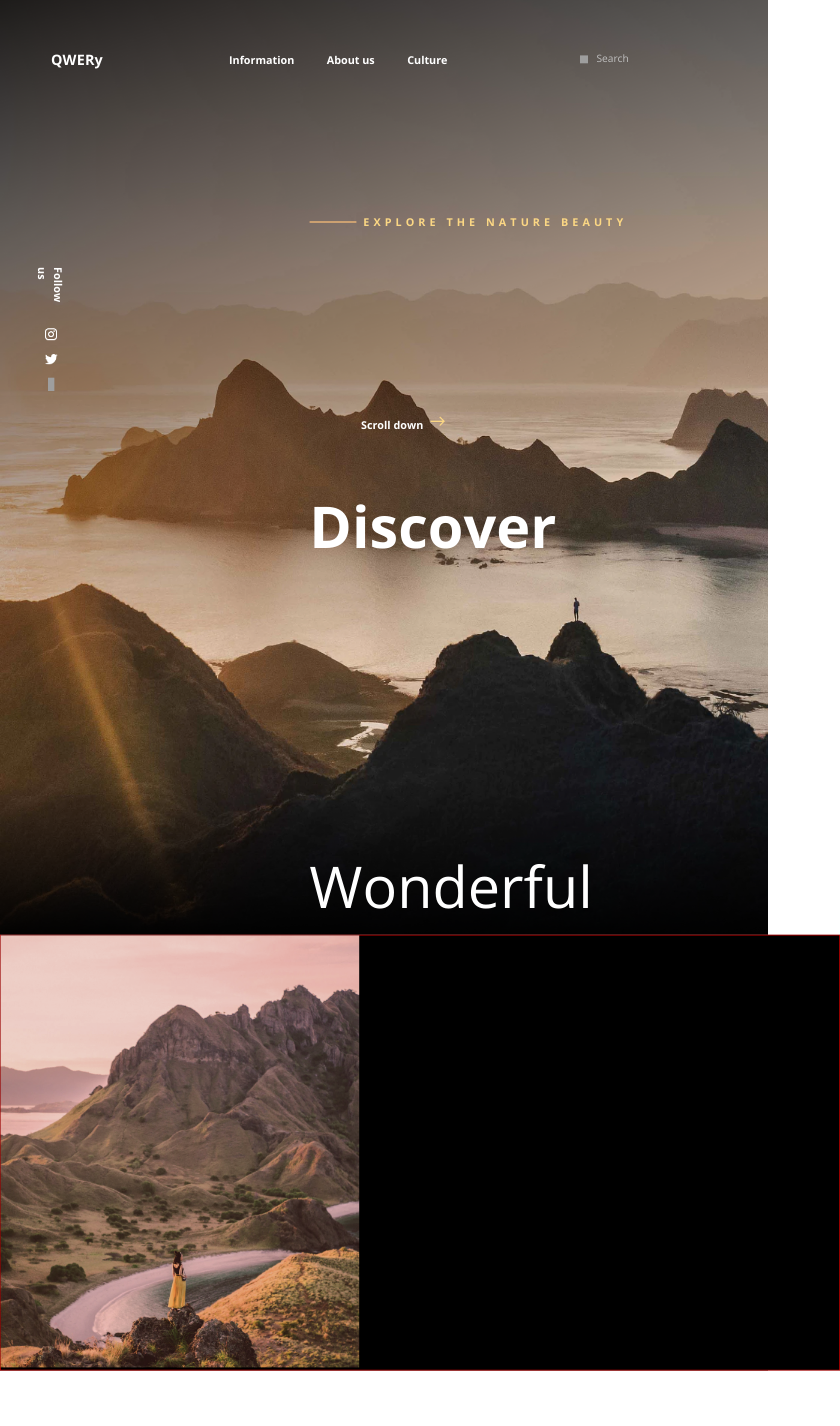
Repository: AndreyMykulych/user_home_work_Mykulych
Page: 6/index.html
An editor plug-in stored every save of this project. The page is shown before and after the next save, followed by the edit.
The browser window is 1280 px wide. The page is 1400 px wide, so the pictures cover 1400 px, including what lies to the right of the window. The pictures show the whole page, at 60% of full size.
Pictures or frames that could not be fetched are drawn as grey boxes.

Above is the page before, as saved 2023-03-11 12:43:46.

### 6/index.html
<!DOCTYPE html>
<html lang="en">
<head>
    <meta charset="UTF-8">
    <meta http-equiv="X-UA-Compatible" content="IE=edge">
    <meta name="viewport" content="width=device-width, initial-scale=1.0">
    <title>Document</title>
    <link rel="stylesheet" href="style/normalize.css">
    <link rel="stylesheet" href="style/style.css">
    <link rel="preconnect" href="https://fonts.googleapis.com">
<link rel="preconnect" href="https://fonts.gstatic.com" crossorigin>
<link href="https://fonts.googleapis.com/css2?family=Cinzel&family=Roboto:wght@300;400&family=Zilla+Slab:wght@300&display=swap" rel="stylesheet">
<link rel="preconnect" href="https://fonts.googleapis.com">
<link rel="preconnect" href="https://fonts.gstatic.com" crossorigin>
<link href="https://fonts.googleapis.com/css2?family=Cinzel&family=Open+Sans:wght@700&family=Roboto:wght@300;400&family=Zilla+Slab:wght@300&display=swap" rel="stylesheet">
<link rel="preconnect" href="https://fonts.googleapis.com">
<link rel="preconnect" href="https://fonts.gstatic.com" crossorigin>
<link href="https://fonts.googleapis.com/css2?family=Cinzel&family=Open+Sans:ital,wght@0,700;1,600&family=Roboto:wght@300;400&family=Zilla+Slab:wght@300&display=swap" rel="stylesheet">
<link rel="preconnect" href="https://fonts.googleapis.com">
<link rel="preconnect" href="https://fonts.gstatic.com" crossorigin>
<link href="https://fonts.googleapis.com/css2?family=Cinzel&family=Open+Sans:ital,wght@0,300;0,700;1,600&family=Roboto:wght@300;400&family=Zilla+Slab:wght@300&display=swap" rel="stylesheet">
</head>
<body>

           <div class="first-block">
               <header class="head">
                   <h1>QWERy</h1>
                   <div class="menu">
                   <ul>
                       <li><a href="#">Information</a></li>
                       <li><a href="#">About us</a></li>
                       <li><a href="#">Culture</a></li>
                   </ul>
                </div>
                <div class="search_btn">
                    <img src="img/search.png" alt="search">
                    <input type="search" placeholder="Search">
                </div>
               </header>
               <section1>
                   <div class="leftbar">
                       <p>Follow us</p>
                       <img class="inst" src="img/Inst.png" alt="Inst">
                       <img class="twit" src="img/twit.png" alt="twit">
                       <img class="fb"   src="img/fb.png"   alt="fb">
                   </div>
                   <div class="discover">
                       <!-- <img src="img/line.png" alt="line"> -->
                       <p class="Explore">Explore the Nature Beauty</p>
                       <h1>Discover</h1>
                       <h2>Wonderful Indonesia</h2>
                   </div>
               </section1>
               <div class="scroll_down">
                <p>Scroll down</p>
            </div>
           </div>
 <div class="all_content">
               <div class="second_content">
                <img  class="east_photo" src="img/firstphoto.png" alt="">
               </div>
</div>

</body>
</html>

### 6/style/style.css
*{
    box-sizing: border-box;
}
html , body {
    font-size: 16px;
}
:root{
    --orange-color:rgba(251, 215, 132, 1);
    --black-color:rgba(0, 0, 0, 1)
}
.first-block{

    height: 1558px;
    padding: 0;
    margin-top: 0;
    background-image: url("../img/firstbg.png");
  background-repeat: no-repeat;
  background-size: auto;

}

.head {
    display: flex;
    margin: 0px 84px 0px 85px;
    padding-top: 58px;
    justify-content: space-between;
    align-items: center;
}
.head h1{
    font-family: 'Open Sans';
font-style: normal;
font-weight: 700;
font-size: 1.5em;
line-height: 2.0625em;
letter-spacing: 0.01em;
text-transform: capitalize;
color: #FFFFFF;
}
ul li{
    list-style: none;
    display: inline-block;
    padding-right: 50px;

}
ul li a{
    font-family: 'Open Sans';
font-style: normal;
font-weight: 600;
font-size: 1.125em;
line-height: 1.5625em;
color: #FFFFFF;
}
a{
    text-decoration: none;
}
.search_btn{
    display: flex;
    justify-content: space-between;
   width: 14.375em;
   align-items: center;
}
.search_btn img{
    width: 0.875em;
    height: 0.875em;
}
.search_btn input {
    background: transparent;
    border: none;

}
.search_btn ::placeholder {

font-family: 'Open Sans';
font-style: normal;
font-weight: 400;
font-size: 1.0625em;
line-height: 1.4375;

color: #C0C0C0;
}
section1{
    display: flex;
    flex-direction: row;
    width: 100%;
  height: 14.375em;
  margin-top: 12.375em;
}
.leftbar p{
    font-size: 1.25em;
    transform: rotate(90deg);
}
.leftbar{
    width:5.625em;
    height: 15.625em;
    display: flex;
   flex-direction: column;
    height:13.375em;
    align-items: center;
    margin-top:6.25em;
     margin-left: 2.875em;
     justify-content: space-between;
}
.leftbar img{
    margin-left: 0.3125em;
}
.leftbar .inst{
    width: 1.25em;
    height: auto;
}
.leftbar .fb{
    width: 0.6875em;
    height: 1.4375em;
}
.leftbar .twit{
    width: 1.3075em;
    height: 1.0625em;
}
.leftbar p{
    font-family: 'Open Sans';
font-style: normal;
font-weight: 600;
font-size: 1.125em;
line-height: 1.4375em;
color: #FFFFFF;
transform: rotate(90deg);
}
.discover{
    margin-left: 24.75em;
    position: relative;
    margin-bottom: 0;
    padding-bottom: 0;
}
.discover p{

    display: flex;
    align-items: center;
    font-family: 'Open Sans';
font-style: normal;
font-weight: 700;
font-size: 1.125em;
line-height: 1.5625em;
letter-spacing: 0.375em;
text-transform: uppercase;
color: var(--orange-color);
}

.discover p::before {
    content: "";
    display: block;
    width: 4.375em;
    height: 0.125em;
    background-image: url("../img/line.png");
    margin-right: 0.625em;
  }
.discover h1{
    font-family: 'Open Sans';
font-style: normal;
font-weight: 700;
font-size:6em;
line-height: 6.25em;
text-transform: capitalize;
color: #FFFFFF;
flex: none;
order: 1;
flex-grow: 0;
margin-bottom: 0;
margin-top: 2em;
}
.discover h2{
    font-family: 'Open Sans';
    font-style: normal;
    font-weight: 300;
    font-size:6em;
    line-height:6.25em;
    color: #FFFFFF;
    text-transform: capitalize;
    margin:0;
}
.scroll_down{
    margin-left: 47%;
margin-top: 7.875em;
}
.scroll_down p{
    font-family: 'Open Sans';
font-style: normal;
font-weight: 600;
font-size: 1.125em;
line-height: 1.5625em;
color: #FFFFFF;
}
.scroll_down p::after{
    position: absolute;
    display: inline-block;
    content: "";
    width: 6.25em;
    height: 2.5em;
    margin-left: 0.625em;
    background-image: url("../img/arrow_downward_24px.png");
    background-repeat: no-repeat;
}

.all_content{
    position: relative;
    width: 100%;
    height: auto;
    background-color: var(--black-color)
}
.second_content{
    position: relative;
    border: 1px solid red;
    margin: 0 auto;
    width: 87.5em;
    background-color: var(--black-color);
}
 .east_photo{
    position: inherit;
    top: -8%;
}
@media only screen
and (min-device-width: 768px)
and (max-device-width: 1024px)
and (orientation: portrait) {
 .first-block{
     height: 73.75em;
 }
}

Loaded but not shown: 6/style/normalize.css (library)

After the next save:
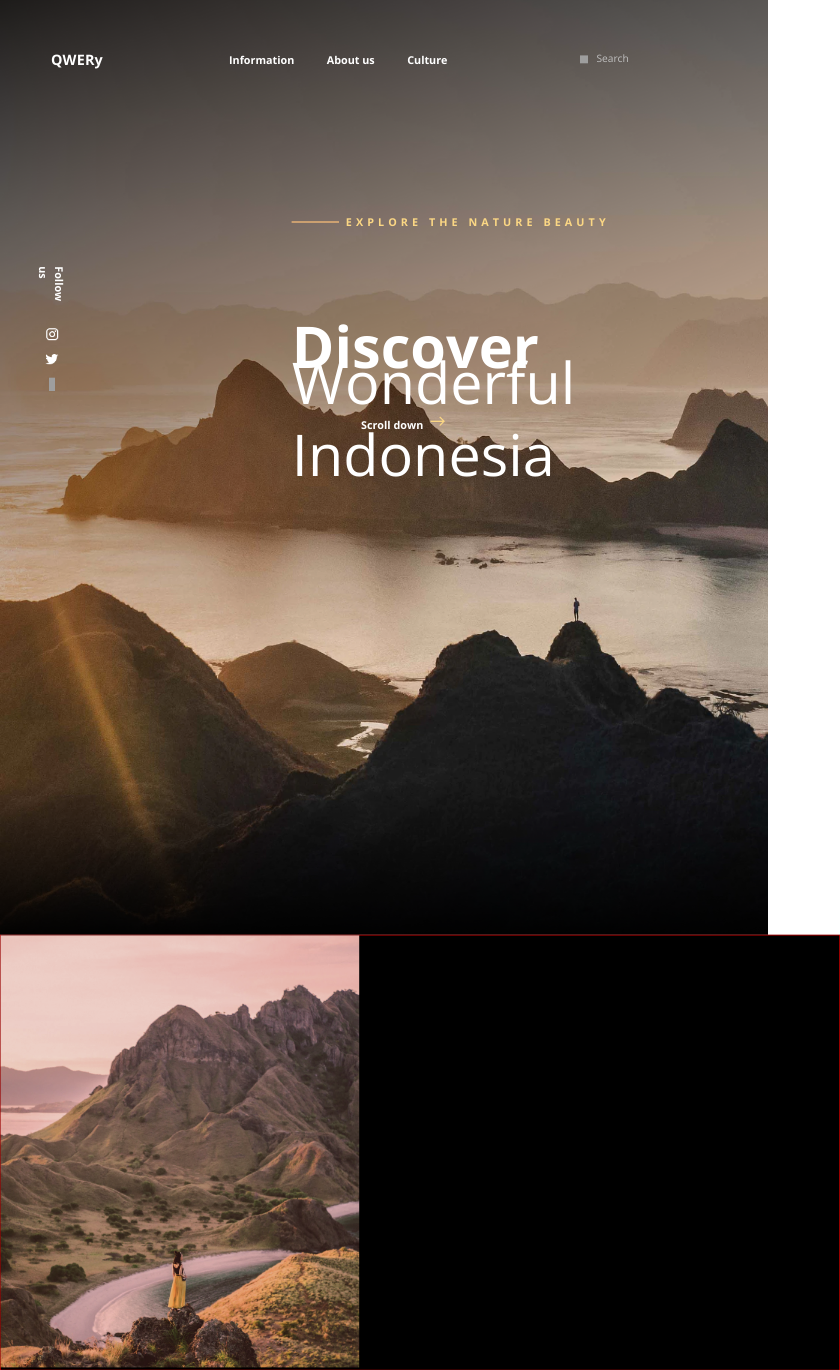
Saved 22 min 40 s later.
--- a/6/style/style.css
+++ b/6/style/style.css
@@ -125,7 +125,7 @@ color: #FFFFFF;
 transform: rotate(90deg);
 }
 .discover{
-    margin-left: 24.75em;
+    margin-left: 22.75em;
     position: relative;
     margin-bottom: 0;
     padding-bottom: 0;
@@ -157,7 +157,7 @@ color: var(--orange-color);
 font-style: normal;
 font-weight: 700;
 font-size:6em;
-line-height: 6.25em;
+line-height: 0em;
 text-transform: capitalize;
 color: #FFFFFF;
 flex: none;
@@ -171,7 +171,7 @@ margin-top: 2em;
     font-style: normal;
     font-weight: 300;
     font-size:6em;
-    line-height:6.25em;
+    line-height:1.25em;
     color: #FFFFFF;
     text-transform: capitalize;
     margin:0;
